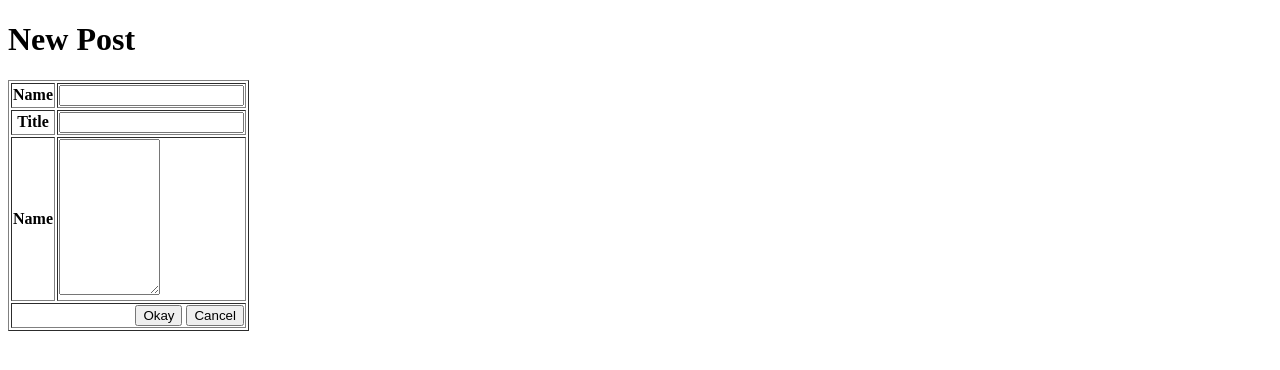
Repository: Dasommm/SpringFramework
Page: http://localhost/springMVC05_update_jdbc/insertform.do
The author's editor kept a copy of each file at every save. The page is drawn from the files as they stood at one save, then again after the next save.
The browser window is 1280 px wide. The pictures show the whole page.
The page is served by Tomcat 9.

Above is the page before, as saved 2020-03-31 08:54:02.

After the next save:
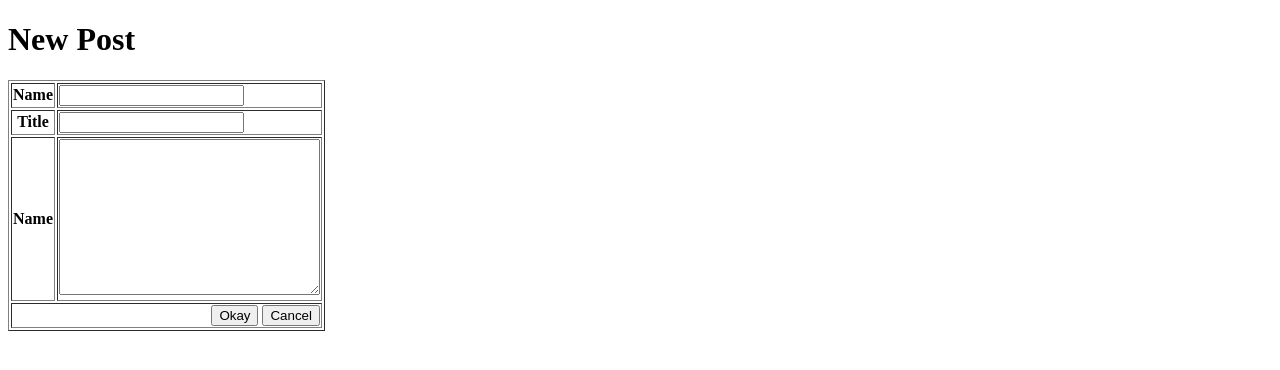
Saved 5 s later.
--- a/springMVC05_update_jdbc/src/main/webapp/WEB-INF/views/insertform.jsp
+++ b/springMVC05_update_jdbc/src/main/webapp/WEB-INF/views/insertform.jsp
@@ -22,7 +22,7 @@
 	</tr>
 	<tr>
 		<th>Name</th>
-		<td><textarea rows="10" cols="10" name="content"></textarea></td>
+		<td><textarea rows="10" cols="30" name="content"></textarea></td>
 	</tr>
 	<tr>
 		<td colspan="2" align="right">
